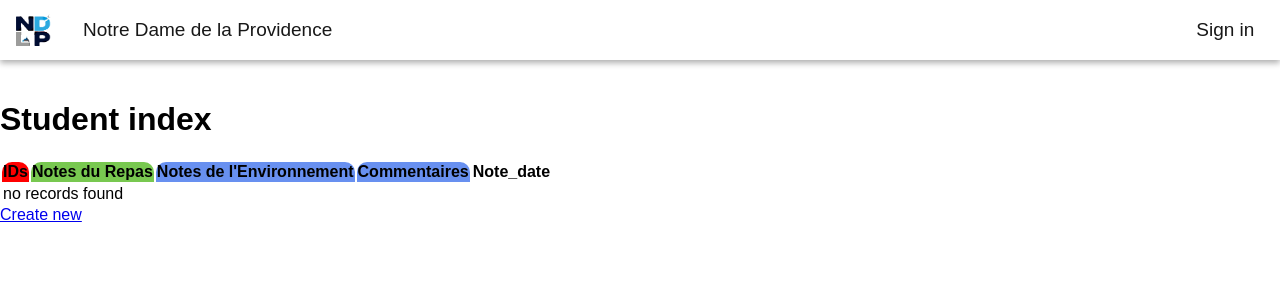
Repository: yaperson/self-feedback1
Page: templates/student/index.html.twig
An editor plug-in stored every save of this project. The page is shown before and after the next save, followed by the edit.
The browser window is 1280 px wide. The pictures show the whole page.
The page is a Twig template of a Symfony application; nobody is signed in and links lead nowhere. The template is opened directly, without the code that normally fills it, so the values that code supplies are empty.

Above is the page before, as saved 2021-12-14 10:40:36.
Console error: TypeError: Cannot read properties of null (reading 'querySelectorAll')

After the next save:
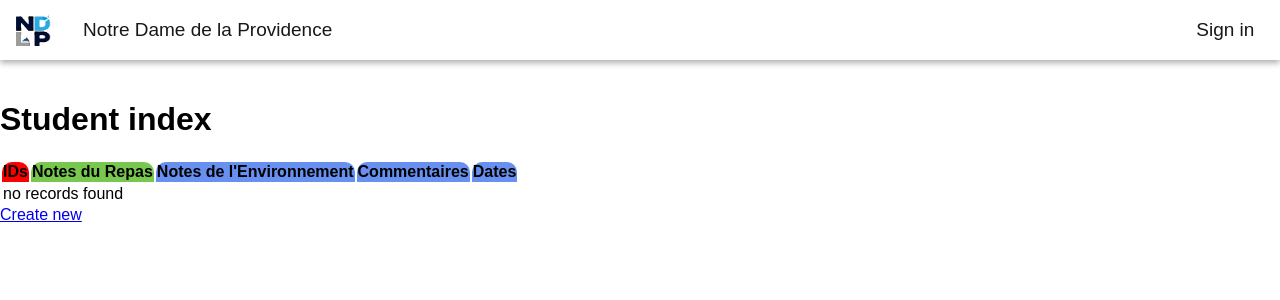
Saved 12 s later.
--- a/templates/student/index.html.twig
+++ b/templates/student/index.html.twig
@@ -59,7 +59,7 @@
                 <th style="background-color:#78C850; border-top-left-radius: 10px; -moz-border-radius-topleft: 10px; -webkit-border-top-left-radius: 10px; -khtml-border-top-left-radius: 10px; -icab-border-top-left-radius: 10px; -o-border-top-left-radius: 10px; border-top-right-radius: 10px; -moz-border-radius-topright: 10px; -webkit-border-top-right-radius: 10px; -khtml-border-top-right-radius: 10px; -icab-border-top-right-radius: 10px; -o-border-top-right-radius: 10px;">Notes du Repas</th>
                 <th style="background-color:#6890F0; border-top-left-radius: 10px; -moz-border-radius-topleft: 10px; -webkit-border-top-left-radius: 10px; -khtml-border-top-left-radius: 10px; -icab-border-top-left-radius: 10px; -o-border-top-left-radius: 10px; border-top-right-radius: 10px; -moz-border-radius-topright: 10px; -webkit-border-top-right-radius: 10px; -khtml-border-top-right-radius: 10px; -icab-border-top-right-radius: 10px; -o-border-top-right-radius: 10px;">Notes de l'Environnement</th>
                 <th style="background-color:#6890F0; border-top-left-radius: 10px; -moz-border-radius-topleft: 10px; -webkit-border-top-left-radius: 10px; -khtml-border-top-left-radius: 10px; -icab-border-top-left-radius: 10px; -o-border-top-left-radius: 10px; border-top-right-radius: 10px; -moz-border-radius-topright: 10px; -webkit-border-top-right-radius: 10px; -khtml-border-top-right-radius: 10px; -icab-border-top-right-radius: 10px; -o-border-top-right-radius: 10px;">Commentaires</th>
-                <th>Note_date</th>
+                <th style="background-color:#6890F0; border-top-left-radius: 10px; -moz-border-radius-topleft: 10px; -webkit-border-top-left-radius: 10px; -khtml-border-top-left-radius: 10px; -icab-border-top-left-radius: 10px; -o-border-top-left-radius: 10px; border-top-right-radius: 10px; -moz-border-radius-topright: 10px; -webkit-border-top-right-radius: 10px; -khtml-border-top-right-radius: 10px; -icab-border-top-right-radius: 10px; -o-border-top-right-radius: 10px;">Dates</th>
             </tr>
         </thead>
         <tbody>
